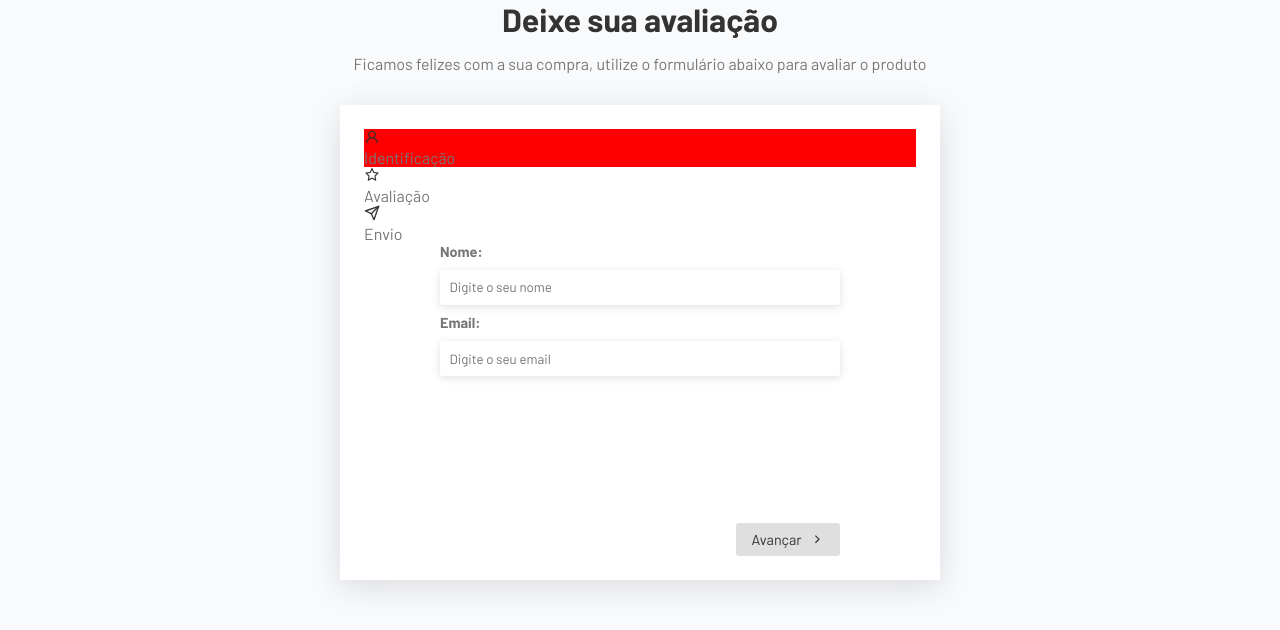
Repository: Bitroia/multistep_form_react
Page: / (app in multistep_form_react/)
These files come from the project's save history. The page is drawn as it stood at one moment and after a run of saves; the edit follows.
The browser window is 1280 px wide. The pictures show the whole page.
The project was rebuilt for these pictures with package versions that can differ from the ones it lists, and the page was loaded fresh each time. Also part of the build but not shown: multistep_form_react/vite.config.js, multistep_form_react/src/components/ReviewForm.jsx, multistep_form_react/src/components/Thanks.jsx.

Above is the page before, as saved 2026-06-12 14:27:02.

### multistep_form_react/index.html
<!doctype html>
<html lang="pt-br">
  <head>
    <meta charset="UTF-8" />
    <link rel="icon" type="image/svg+xml" href="/favicon.svg" />
    <link rel="preconnect" href="https://fonts.googleapis.com" />
    <link rel="preconnect" href="https://fonts.gstatic.com" crossorigin />
    <link
      href="https://fonts.googleapis.com/css2?family=Barlow:ital,wght@0,100;0,200;0,300;0,400;0,500;0,600;0,700;0,800;0,900;1,100;1,200;1,300;1,400;1,500;1,600;1,700;1,800;1,900&family=Lato:ital,wght@0,100;0,300;0,400;0,700;0,900;1,100;1,300;1,400;1,700;1,900&family=Montserrat:ital,wght@0,100..900;1,100..900&family=Roboto:ital,wght@0,100..900;1,100..900&display=swap"
      rel="stylesheet"
    />
    <meta name="viewport" content="width=device-width, initial-scale=1.0" />
    <title>Multistep Form com React</title>
  </head>
  <body>
    <div id="root"></div>
    <script type="module" src="/src/main.jsx"></script>
  </body>
</html>

### multistep_form_react/src/index.css
* {
  font-family: "Barlow";
  padding: 0;
  margin: 0;
  box-sizing: border-box;
  color: #333;
}

p {
  color: #777;
}

body {
  background-color: #f9fafc;
}

### multistep_form_react/src/App.jsx
//! Components
import { GrFormNext, GrFormPrevious } from "react-icons/gr";
import { FiSend } from "react-icons/fi";
import UserForm from "./components/UserForm";
import ReviewForm from "./components/ReviewForm";
import Thanks from "./components/Thanks";
import Steps from "./components/Steps";
import { useState } from "react";

//! Hooks

import { useForm } from "./hooks/UseForm";

import "./App.css";

function App() {
  const formComponents = [<UserForm />, <ReviewForm />, <Thanks />];

  const { currentStep, currentComponent, changeStep, isLastStep, isFirstStep } =
    useForm(formComponents);

  return (
    <div className="App">
      <div className="header">
        <h2>Deixe sua avaliação</h2>
        <p>
          Ficamos felizes com a sua compra, utilize o formulário abaixo para
          avaliar o produto
        </p>
      </div>
      <div className="form-container">
        <Steps currentStep={currentStep} />
        <form onSubmit={(e) => changeStep(currentStep + 1, e)}>
          <div className="inputs-container">{currentComponent}</div>
          <div className="actions">
            {!isFirstStep && (
              <button type="button" onClick={() => changeStep(currentStep - 1)}>
                <GrFormPrevious />
                <span>Voltar</span>
              </button>
            )}
            {!isLastStep ? (
              <button type="submit">
                <span>Avançar</span>
                <GrFormNext />
              </button>
            ) : (
              <button type="button">
                <span>Enviar</span>
                <FiSend />
              </button>
            )}
          </div>
        </form>
      </div>
    </div>
  );
}

export default App;

### multistep_form_react/src/components/UserForm.jsx
import React from "react";

const UserForm = () => {
  return (
    <div>
      <div className="form-control">
        <label htmlFor="name">Nome:</label>
        <input
          type="text"
          name="text"
          id="name"
          placeholder="Digite o seu nome"
          required
        />
        <label htmlFor="name">Email:</label>
        <input
          type="email"
          name="email"
          id="email"
          placeholder="Digite o seu email"
          required
        />
      </div>
    </div>
  );
};

export default UserForm;

### multistep_form_react/src/components/Steps.jsx
import React from "react";
import "./Steps.css";
import { AiOutlineUser, AiOutlineStar } from "react-icons/ai";
import { FiSend } from "react-icons/fi";

const Steps = ({currentStep}) => {
  return (
    <div className="steps">
      <div className="step active">
        <AiOutlineUser />
        <p>Identificação</p>
      </div>
      <div className={`step ${currentStep >= 1 ? "active" : ""}`}>
        <AiOutlineStar />
        <p>Avaliação</p>
      </div>
      <div className={`step ${currentStep >= 2 ? "active" : ""}`}>
        <FiSend />
        <p>Envio</p>
      </div>
    </div>
  );
};

export default Steps;

### multistep_form_react/src/hooks/useForm.jsx
import { useState } from "react";

export function useForm(steps) {
  const [currentStep, setCurrentStep] = useState(0);

  function changeStep(i, e) {
    if (e) e.preventDefault();

    if (i < 0 || i >= steps.length) return;

    setCurrentStep(i);
  }

  return {
    currentStep,
    currentComponent: steps[currentStep],
    changeStep,
    isLastStep: currentStep + 1 === steps.length ? true : false,
    isFirstStep: currentStep === 0 ? true : false,
  };
}

### multistep_form_react/src/App.css
.app {
  padding: 2rem;
}

/* Cabeçalho */

.header {
  text-align: center;
  margin-bottom: 2rem;
}

.header h2 {
  font-size: 2rem;
  margin-bottom: 1rem;
}

/* Forms */

.form-container {
  max-width: 600px;
  margin: 0 auto;
  background-color: #fff;
  padding: 1.5rem;
  box-shadow: rgba(100, 100, 111, 0.2) 0px 7px 29px 0px;
}

.form-container form {
  max-width: 400px;
  margin: 0 auto;
}

.inputs-container {
  min-height: 280px;
}

.form-control {
  display: flex;
  flex-direction: column;
  margin-bottom: 2rem;
  gap: 0.6rem;
}

label {
  font-weight: bold;
  font-size: 0.9rem;
  color: #777;
}

input,
textarea {
  padding: 0.6rem;
  border: none;
  border-radius: 3px;
  box-shadow: rgba(99, 99, 99, 0.2) 0px 2px 8px 0;
}

textarea {
  height: 120px;
}

/* Actions */

.actions {
  display: flex;
  justify-content: flex-end;
  gap: 1rem;
}

.actions button {
  font-size: 0.9rem;
  padding: 0.5rem 1rem;
  gap: 0.5rem;
  display: flex;
  align-items: center;
  border-radius: 3px;
  background-color: #dfdfdf;
  cursor: pointer;
  border: none;
  transition: 0.3s;
}

.actions button:hover{
    background-color: #cfcfcf;
}

### multistep_form_react/src/components/Steps.css
.active{
    background-color: red;
}

Loaded but not shown: multistep_form_react/src/main.jsx (common file)

After the next 2 saves:
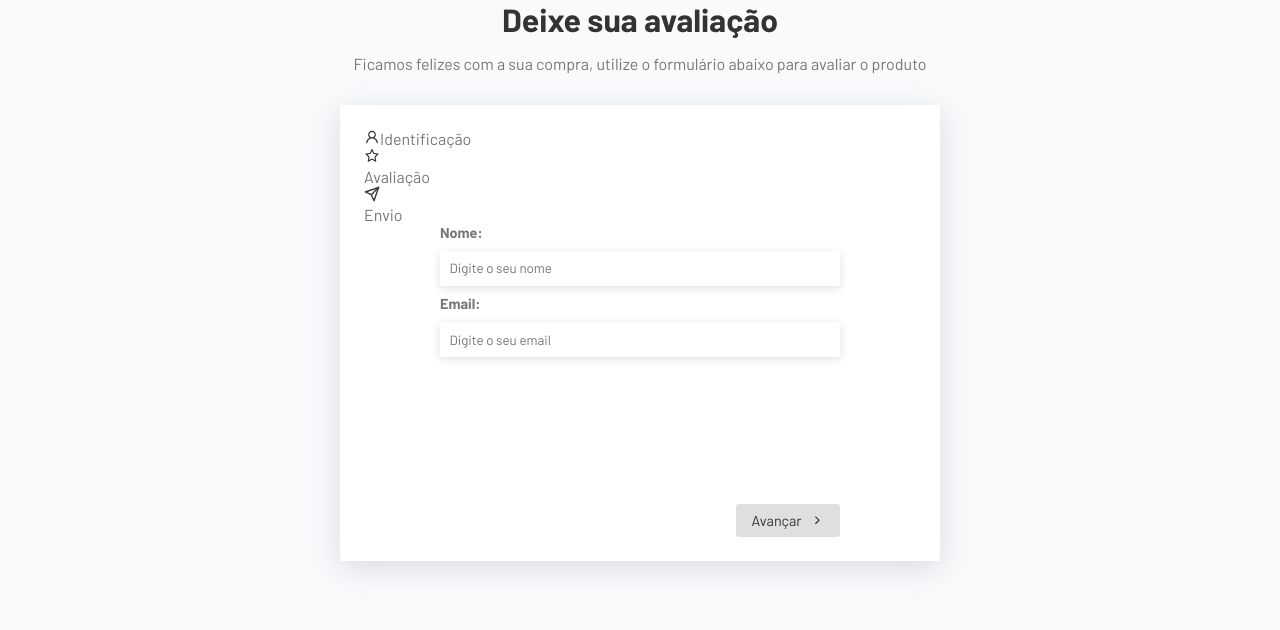
The 2 saves are shown as one change because they came seconds apart.
The last was saved 43 s later.
--- a/multistep_form_react/src/components/Steps.css
+++ b/multistep_form_react/src/components/Steps.css
@@ -1,3 +1,4 @@
 .active{
-    background-color: red;
+    display: flex;
+    gap
 }
